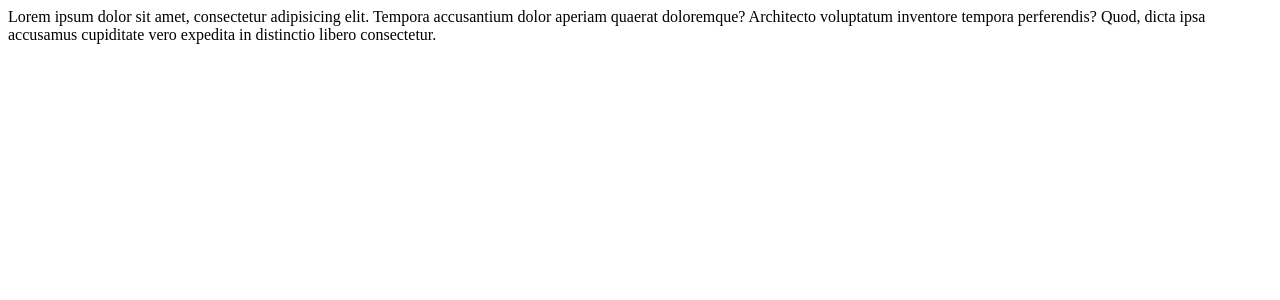
Repository: pedro-donoso/curso-tailwind
Page: sobre-mi.html
An editor plug-in stored every save of this project. The page is shown before and after the next save, followed by the edit.
The browser window is 1280 px wide. The pictures show the whole page.

Above is the page before, as saved 2024-01-24 15:56:08.

### sobre-mi.html
<!DOCTYPE html>
<html lang="es">
<head>
    <meta charset="UTF-8">
    <meta name="viewport" content="width=device-width, initial-scale=1.0">
    <title>Sobre mi</title>
</head>
<body>
    Lorem ipsum dolor sit amet, consectetur adipisicing elit. Tempora accusantium dolor aperiam quaerat doloremque? Architecto voluptatum inventore tempora perferendis? Quod, dicta ipsa accusamus cupiditate vero expedita in distinctio libero consectetur.
</body>
</html>

After the next save:
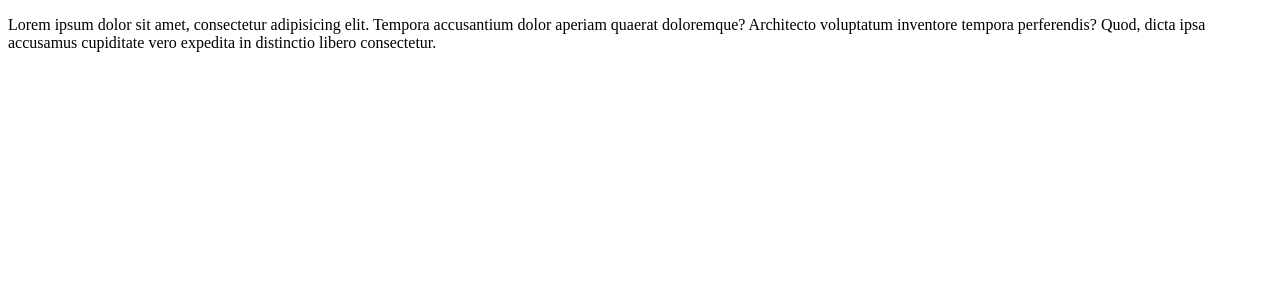
Saved 3 min 4 s later.
--- a/sobre-mi.html
+++ b/sobre-mi.html
@@ -6,6 +6,9 @@
     <title>Sobre mi</title>
 </head>
 <body>
+    <p>
+
+    </p>
     Lorem ipsum dolor sit amet, consectetur adipisicing elit. Tempora accusantium dolor aperiam quaerat doloremque? Architecto voluptatum inventore tempora perferendis? Quod, dicta ipsa accusamus cupiditate vero expedita in distinctio libero consectetur.
 </body>
 </html>
